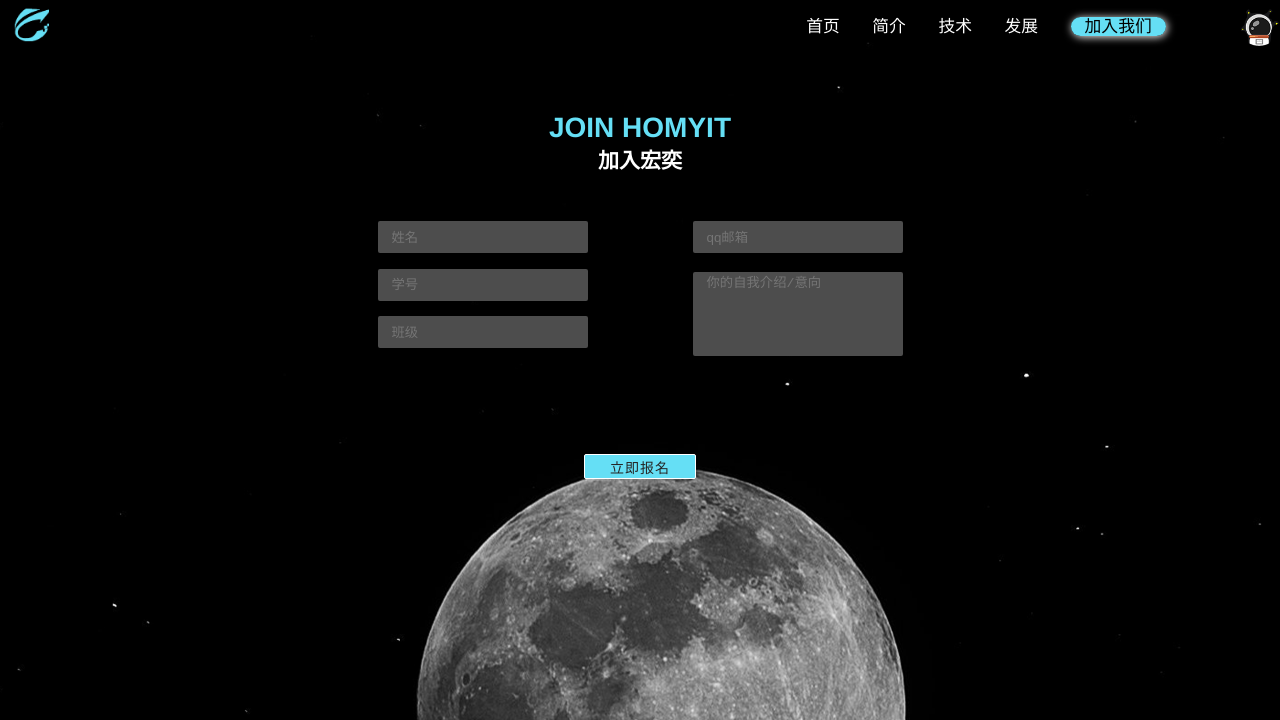
Repository: Homyit20/website
Page: /#/login
These files come from the project's save history. The page is drawn as it stood at one moment and after the next save; the edit follows.
The browser window is 1280 px wide. The pictures show the whole page.
The project was rebuilt for these pictures with package versions that can differ from the ones it lists, and the page was loaded fresh each time. Also part of the build but not shown: vue.config.js.

Above is the page before, as saved 2021-08-10 20:42:39.

### public/index.html
<!DOCTYPE html>
<html lang="">
  <head>
    <meta charset="utf-8">
    <meta http-equiv="X-UA-Compatible" content="IE=edge">
    <meta name="viewport" content="width=device-width,initial-scale=1.0">
    <link rel="icon" href="<%= BASE_URL %>favicon.ico">
    <!-- <title><%= htmlWebpackPlugin.options.title %></title> -->
    <title><%= htmlWebpackPlugin.options.title %></title>
    <style>
      *{
        cursor: url("火箭.ico"),auto;
      }
      .body{
        overflow-x: hidden;
      }
    </style>
  </head>
  <body class="body">
    <noscript>
      <strong>We're sorry but <%= htmlWebpackPlugin.options.title %> doesn't work properly without JavaScript enabled. Please enable it to continue.</strong>
    </noscript>
    <div id="app"></div>
    <!-- built files will be auto injected -->
  </body>
</html>

### src/main.js
import Vue from 'vue'
import App from './App.vue'
import router from './router'
import store from './store'
// import VueCookies from 'vue-cookies'
// import axios from 'axios'
// import VueAxios from 'vue-axios'
import 'animate.css/animate.min.css'
// Vue.use(VueCookies)
// Vue.use(VueAxios, axios);

Vue.config.productionTip = false

new Vue({
  router,
  store,
  render: h => h(App),
}).$mount('#app')

//报名成功或者已报名才可进入二维码页面
router.beforeEach((to, from, next) => {
  //路由导航
  if (to.meta.islogin) {

    if (store.state.success == 1) {
      next()
    } else {
      next({
        path: from.path
      })
    }
  } else {

    if (to.meta.islogin) {
      if (store.state.success == 1) {
        next()
      } else {
        next({
          path: from.path
        })
      }
    } else {
      next()
    }
  }
})
window.onload = function(){
  document.title = "HOMYIT STUDIO"
}

### src/App.vue
<template>
  <div id="app">
    <router-view></router-view>
  </div>
</template>

<script>
// import NavBar from "./components/enter/enter.vue"
export default {
  name: "App"
};
</script>

<style>
* {
  margin: 0;
  padding: 0;
  box-sizing: border-box;
}
html {
  font-size: 14px;
}
#app {
  font-family: Avenir, Helvetica, Arial, sans-serif;
}
</style>

### src/router/index.js
import Vue from 'vue'
import VueRouter from 'vue-router'

Vue.use(VueRouter);

const routes = [
    {
        path: '/',
        redirect: '/enter',
        meta : {
            title : 'enter'
        }
    },
    {
        path: '/technique',
        component: () => import('../views/technique.vue'),
        meta : {
            title : 'technique'
        }
    },
    {
        path: '/develop',
        component: () => import('../views/develop.vue'),
        meta : {
            title : 'develop'
        }
    },
    {
        path: '/enter',
        component: () => import('../views/enter.vue'),
        meta : {
            title : 'enter'
        }
    },
    {
        path: '/login',
        component: () => import('../views/login.vue'),
        redirect: '/login/loginform',
        children: [{
            path: '/login/loginform',
            component: () => import('../components/content/loginform.vue'),
            meta : {
                title : 'login'
            }
        },
        {
            path: '/login/contact',
            component: () => import('../components/content/contact.vue'),
            meta: {
                islogin: true,
                title : 'contact'
            }
        }
        ]
    },
    {
        path: '/home',
        component: () => import('../views/Home.vue'),
        meta : {
            title : 'home'
        }
    }, {
        path: '/background',
        component: () => import('../views/background.vue'),
        meta : {
            title : 'background'
        }
    },
    {
        path : '/photo',
        component : () => import('../views/photo.vue')
    }
]

const router = new VueRouter({
    routes
})

export default router;

### src/store/index.js
import Vue from 'vue'
import Vuex from 'vuex'

Vue.use(Vuex)

const store = new Vuex.Store({
    state : {
        success : 0,
        isnav : false
    },
    mutations : {
        judge(state){
            state.success = 1
        }
    }
})

export default store;

### src/views/login.vue
<template>
  <div class="login-contain">
    <NavBar></NavBar>
      <img class="login-background" src="../assets/techlogin/images/报名背景.png" alt="背景">
      <router-link to="/login/loginform"/>
      <router-link to="/login/contact" />
      <router-view/>

  </div>
</template>

<script>
import NavBar from '../components/common/nav.vue'
export default {
  name : 'Login',
  data(){
    return {
      LoginShow:false
    }
  },

  components :{
    NavBar
  }
}
</script>

<style>
    .login-background{
        position: absolute;
        top: 0;
        width: 100vw;
        height: 100vh;
        object-fit: cover;
        z-index: -100;
    }
    @media screen and (max-width : 500px) {
      .login-contain{
        position: relative;
        height: 100vh;
        overflow: hidden;
      }
      .login-background{
        height: 850px;
      }
    }
</style>

### src/components/content/loginform.vue
<template>
  <div class="login-content">
    <div class="login-join">
      <h1>JOIN HOMYIT</h1>
      <h2>加入宏奕</h2>
    </div>
    <form class="login-form" method="">
      <div class="login-main-form">
        <div class="login-input">
          <input
            type="text"
            class="login-form-name"
            placeholder="姓名"
            v-model="stuName"
            @blur="inputjudge(stuName, 0)"
          />
        </div>
        <div class="login-input">
          <input
            type="text"
            class="login-form-number"
            placeholder="学号"
            v-model="stuNum"
            @blur="inputjudge(stuNum, 1)"
          />
        </div>
        <div class="login-input">
          <input
            type="text"
            class="login-form-class"
            placeholder="班级"
            v-model="stuClass"
            @blur="inputjudge(stuClass, 2)"
          />
        </div>
        <div class="login-input">
          <input
            type="text"
            class="login-form-address"
            placeholder="qq邮箱"
            v-model="email"
            @blur="inputjudge(email, 3)"
          />
        </div>
        <textarea
          placeholder="你的自我介绍/意向"
          class="login-form-idea"
          v-model="introduce"
        ></textarea>
      </div>
      <div class="login-button" @click="logincommit()">
        <p>立即报名</p>
        <!-- <button @click="logincommit()">立即报名</button> -->
      </div>
    </form>
  </div>
</template>

<script>
import axios from "axios";
// import qs from 'qs'
export default {
  name: "Loginform",
  data() {
    return {
      stuName: "",
      stuNum: "",
      stuClass: "",
      email: "",
      introduce: "",
    };
  },
  methods: {
    logincommit() {
      if (
        this.stuName != "" &&
        this.stuClass != "" &&
        this.email != "" &&
        this.stuNum != ""
      ) {
        if(/^[\da-zA-Z]+@\w+\.\w+$/.test(this.email) && /^\d{12}$/.test(this.stuNum)){
          axios.post('http://localhost:8080/api/register',{
          'name' : this.stuName,
          'number' : this.stuNum,
          'classs' : this.stuClass,
          'mail' : this.email,
          'introduction' : this.introduce
        }).then((res) => {
            // console.log(res.data)
              if (res.data.msg == "success" || res.data.msg == "此学号已经报名") {
                this.$store.commit("judge");
                alert(res.data.msg);
                this.$router.push({
                  path: "/login/contact",
                });
              } else {
               // 失败要执行的函数
                () => {alert(res.data.msg)};
              }
            })
            .catch((err) => {
              // 失败要执行的函数
              () => {
                alert(err);
            };
            // console.log(123)
            // console.log(err.response);
          })
        }else{
          alert("学号/邮箱填写错误")
        }
        // console.log('成功执行logincommit')
      } else {
        alert("请将信息填写完整");
      }
    },
    inputjudge(value, id) {
      let logininput = document.getElementsByClassName("login-input")[id];
      if (value != "") {
        logininput.classList.remove("login-vaild");
        logininput.classList.add("login-finish");
        if (
          (id === 3 && !/^[\da-zA-Z]+@\w+\.\w+$/.test(value)) ||
          (id === 1 && !/^\d{12}$/.test(value))
        ) {
          logininput.classList.add("login-error");
        }
      } else {
        logininput.classList.remove("login-vaild");
        logininput.classList.add("login-error");
      }
    },
  },
  watch: {
    stuName: function () {
      let logininput = document.getElementsByClassName("login-input")[0];
      logininput.classList.remove("login-error");
      logininput.classList.remove("login-finish");
      logininput.classList.add("login-vaild");
    },
    stuNum: function () {
      let logininput = document.getElementsByClassName("login-input")[1];
      logininput.classList.remove("login-error");
      logininput.classList.remove("login-finish");
      logininput.classList.add("login-vaild");
    },
    stuClass: function () {
      let logininput = document.getElementsByClassName("login-input")[2];
      logininput.classList.remove("login-error");
      logininput.classList.remove("login-finish");
      logininput.classList.add("login-vaild");
      logininput.classList.add("login-vaild");
    },
    email: function () {
      let logininput = document.getElementsByClassName("login-input")[3];
      logininput.classList.remove("login-error");
      logininput.classList.remove("login-finish");
      logininput.classList.add("login-vaild");
      logininput.classList.add("login-vaild");
    },
  },
};
</script>

<style>
.login-content {
  display: flex;
  flex-direction: column;
  align-items: center;
  margin: 0 auto;
  margin-top: 8rem;
  max-width: 45rem;
  height: 65vh;
}

/* 文字*/
.login-content .login-join {
  display: flex;
  flex-direction: column;
  align-items: center;
}
.login-content .login-join h1 {
  color: #65dff5;
}
.login-content .login-join h2 {
  color: #fff;
}

/* 表单内 */
.login-content .login-form {
  display: flex;
  flex-direction: column;
  align-items: center;
}
.login-form .login-main-form {
  display: flex;
  flex-direction: column;
  align-items: center;
  justify-content: space-between;
  flex-wrap: wrap;
  width: 45rem;
  height: 10rem;
  margin-top: 3rem;
}

/* 响应式 */
@media screen and (max-width: 500px) {
  .login-content .login-join {
    margin-top: 10vh;
  }
  .login-content {
    margin-top: 2rem;
  }
  .login-form .login-main-form {
    display: flex;
    flex-direction: column;
    flex-wrap: unwrap;
    align-items: center;
    width: 220px;
    height: 15rem;
    margin-top: 2rem;
  }
  .login-form .login-main-form input[type="text"] {
    width: 15rem;
    margin-bottom: 0;
  }
  .login-form .login-main-form textarea {
    display: none;
  }
  .login-form .login-button {
    margin-top: 15vh;
  }
}

.login-input {
  position: relative;
  width: 15rem;
  height: 3rem;
  display: flex;
  justify-content: flex-start;
  align-items: center;
  margin-bottom: 0.2rem;
}

.login-main-form input[type="text"] {
  border: 0;
  background: none;
  outline: none;
  background-color: #4d4d4d;
  border-radius: 2px;
  color: white;
  padding-left: 1rem;
  width: 15rem;
  height: 2.3rem;
}

/* 表单验证样式 */
.login-vaild::after {
  content: "";
  position: absolute;
  right: 0;
  width: 2rem;
  height: 2rem;
  background: url("../../assets/techlogin/images/沙漏.png") center;
}
.login-finish::after {
  content: "";
  position: absolute;
  right: 0;
  width: 2rem;
  height: 2rem;
  background: url("../../assets/techlogin/images/成功.png") center;
}
.login-error::after {
  content: "";
  position: absolute;
  right: 0;
  width: 2rem;
  height: 2rem;
  background: url("../../assets/techlogin/images/错误.png") center;
}
.login-input p {
  font-size: 1px;
  color: white;
}

.login-main-form textarea {
  border: 0;
  background: none;
  outline: none;
  background-color: #4d4d4d;
  border-radius: 2px;
  width: 15rem;
  height: 6rem;
  color: #fff;
  padding-left: 1rem;
  resize: none;
}
.login-button {
  display: flex;
  justify-content: center;
  align-items: center;
  padding: 0;
  outline: none;
  background: none;
  border: 1px solid #fff;
  border-radius: 2px;
  width: 8rem;
  height: 1.8rem;
  margin-top: 7rem;
  color: #fff;
  text-transform: uppercase;
  letter-spacing: 1px;
  animation: buttonanimate 3s ease-in-out;
  animation-fill-mode: forwards;
}
/* .login-button:hover {
  color: #262626;
  background: #65dff5;
} */
.login-button:before {
  content: "";
  position: absolute;
  justify-content: center;
  align-items: center;
  width: 7.95rem;
  height: 1.8rem;
  background: transparent;
  border: 0px solid #65dff5;
  animation: buttonafter 3s ease-in-out;
  animation-fill-mode: forwards;
}
/* .login-button:hover:before {
  border: 1.2px solid #fff;
  transform: scale(1.2, 1.4);
  opacity: 0;
  transition: 0.4s;
} */

@keyframes buttonanimate{
  0%{}
  50%{
      color: #262626;
      background: #65dff5;
  }
  100%{
    color: #262626;
      background: #65dff5;
  }
}
  @keyframes buttonafter {
    0%{}
    50%{
        border: 1.2px solid #fff;
        transform: scale(1.2, 1.4);
        opacity: 0;
        transition: 0.4s;
    }
    100%{
        border: 1.2px solid #fff;
        transform: scale(1.2, 1.4);
        opacity: 0;
        transition: 0.4s;
    }
  }

/* 当屏幕大于1500px时 */
@media screen and (min-width: 1500px) {
  .login-form .login-main-form {
    width: 46rem;
    height: 11rem;
    margin-top: 6rem;
  }
  .login-form .login-input {
    width: 19rem;
    height: 3rem;
  }
  .login-form .login-main-form input[type="text"] {
    width: 19rem;
    height: 3rem;
    border-radius: 4px;
  }
  .login-main-form textarea {
    width: 19rem;
    height: 6.5rem;
    border-radius: 5px;
  }
  .login-button {
    margin-top: 8rem;
    width: 10rem;
    height: 2.5rem;
    border-radius: 4px;
  }
}
</style>

### src/components/common/nav.vue
<template>
  <div class="nav">
    <div class="nav-logo" @click="toHome">
      <img src="../../assets/techlogin/images/logo_03.png"/>
    </div>
    <div class="nav-list">
      <ul class="nav-list-ul">
        <li>
          <router-link
            to="/home"
            class="nav-link-class"
            active-class="nav-link-active"
            >首页</router-link
          >
        </li>
        <li>
          <router-link
            to="/background"
            class="nav-link-class"
            active-class="nav-link-active"
            >简介</router-link
          >
        </li>
        <li>
          <router-link
            to="/technique"
            class="nav-link-class"
            active-class="nav-link-active"
            >技术</router-link
          >
        </li>
        <li>
          <router-link
            to="/develop"
            class="nav-link-class"
            active-class="nav-link-active"
            >发展</router-link
          >
        </li>
        <li>
          <router-link
            to="/login"
            class="nav-link-class nav-link-login"
            active-class="nav-join-class"
            >加入我们</router-link
          >
        </li>
      </ul>
      <div class="nav-list-img">
        <img src="../../assets/techlogin/images/小宇航员_07.png" />
      </div>
    </div>
  </div>
</template>

<script>
export default {
  name: "navbar",
  methods : {
    toHome(){
      if(this.$route.path != '/home'){
        this.$router.push({
          path : '/home'
        })
      }
    }
  }
};
</script>

<style>
.nav {
  position: absolute;
  top: 0;
  z-index: 100;
  display: flex;
  justify-content: space-between;
  align-items: center;
  width: 100vw;
  height: 3.5rem;
}
.nav-logo img {
  width: 2.5rem;
  height: 2.5rem;
  margin-top: 0.25rem;
  margin-left: 1rem;
  object-fit: cover;
}
.nav .nav-list {
  display: flex;
  justify-content: space-between;
  align-items: center;
  width: 35rem;
}
.nav-list .nav-list-ul {
  width: 80%;
  height: 100%;
  display: flex;
  align-items: center;
  justify-content: space-around;
  list-style: none;
  font-size: 1.2rem;
  color: #fff;
}
.nav-link-class {
  color: #fff;
  text-decoration: none;
}
.nav-link-active {
  color: #65dff5;
}
.nav-list-img {
  width: 3rem;
  height: 3rem;
  display: flex;
  flex-direction: column;
  position: relative;
}
.nav-list .nav-list-img img {
  width: 3rem;
  height: 3rem;
  display: flex;
  flex-direction: column;
  position: relative;
}
.nav-list .nav-list-img img {
  width: 3rem;
  height: 3rem;
  object-fit: cover;
}

/* img响应式 */
@media screen and (max-width: 500px) {
  .nav .nav-list {
    display: flex;
    justify-content: space-around;
    align-items: center;
    width: 23rem;
  }
  .nav .nav-list .nav-list-ul {
    width: 100%;
  }
  .nav-logo img {
    width: 2rem;
    height: 2rem;
    object-fit: cover;
  }
  .nav .nav-list .nav-list-img {
    display: none;
  }
  .nav .nav-list .nav-list-img img {
    display: none;
  }
  .nav .nav-link-login {
    padding: 0 0.5rem;
  }
}
.nav-link-login {
  color: #000;
  padding: 0 1rem;
  background-color: #65dff5;
  border-radius: 1rem;
}
.nav-join-class{
  box-shadow: 1px 1px 8px #fff;
}
</style>

After the next save:
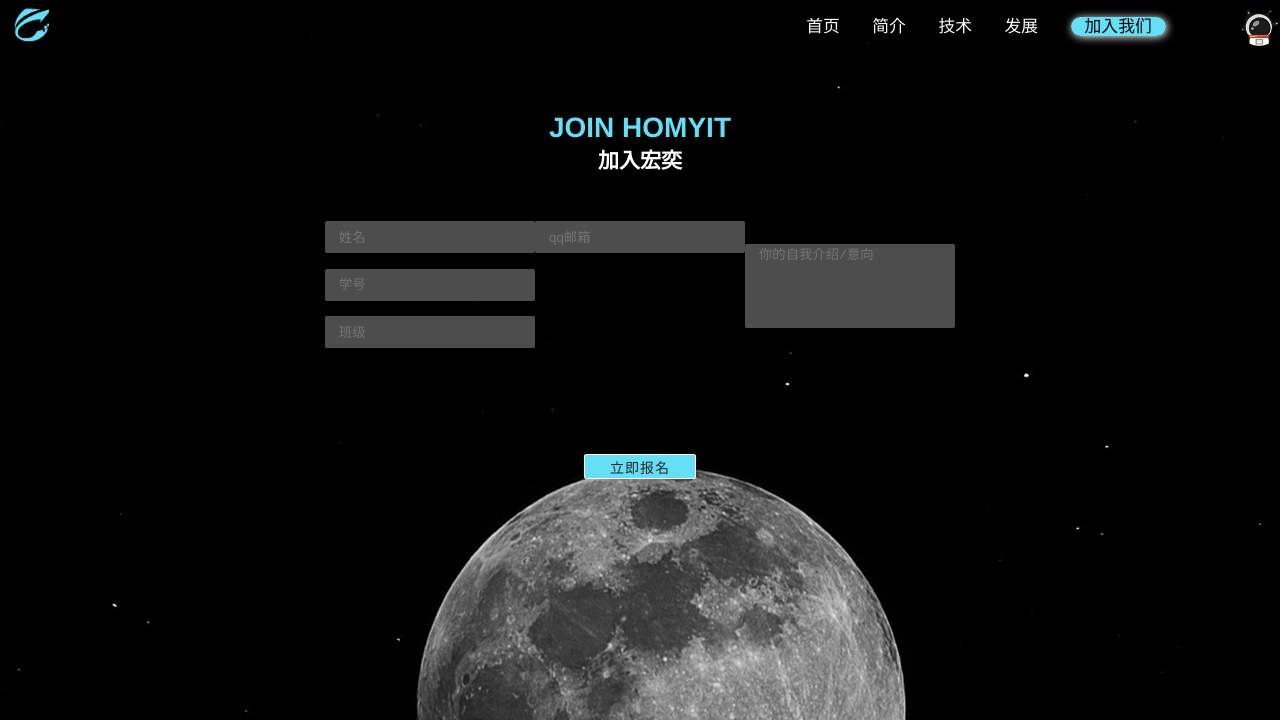
Saved 22 s later.
--- a/src/components/content/loginform.vue
+++ b/src/components/content/loginform.vue
@@ -295,6 +295,7 @@
   color: #fff;
   padding-left: 1rem;
   resize: none;
+  margin-top: 2rem;
 }
 .login-button {
   display: flex;

After the save that followed:
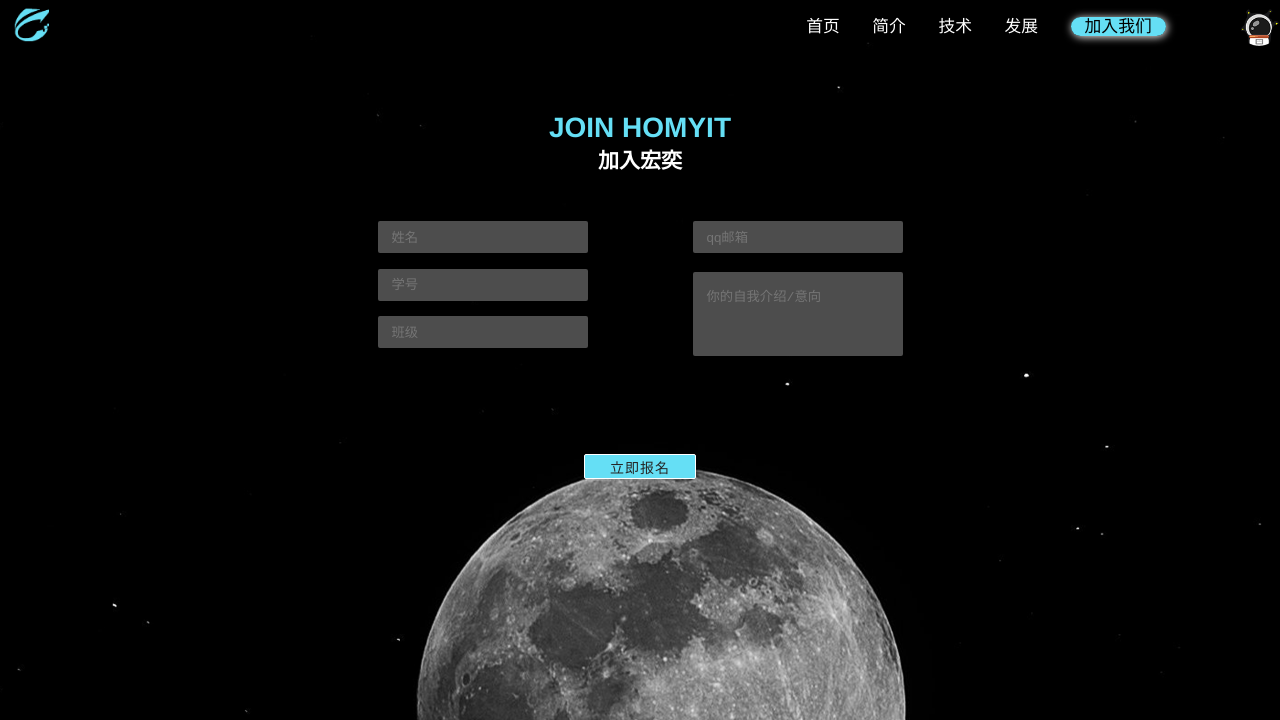
Saved 2 min 4 s later.
--- a/src/components/content/loginform.vue
+++ b/src/components/content/loginform.vue
@@ -295,7 +295,7 @@
   color: #fff;
   padding-left: 1rem;
   resize: none;
-  margin-top: 2rem;
+  padding-top: 1rem;
 }
 .login-button {
   display: flex;
